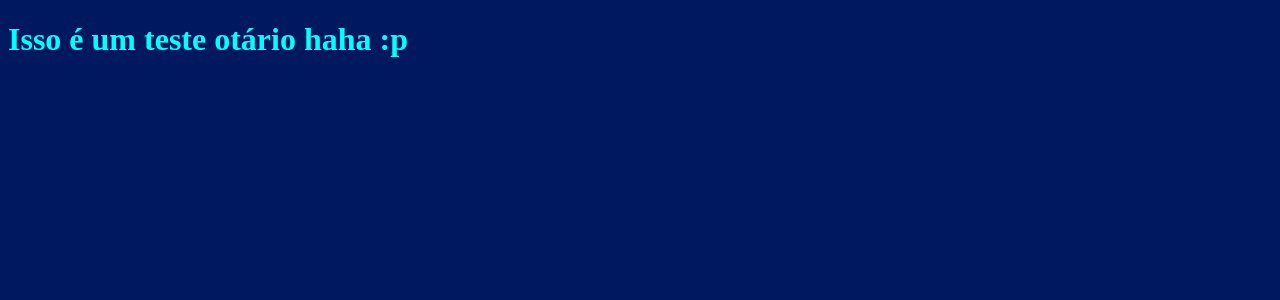
Repository: Leonngc/html-css
Page: ex024/pag002.html
The author's editor kept a copy of each file at every save. The page is drawn from the files as they stood at one save, then again after the next save.
The browser window is 1280 px wide. The pictures show the whole page.

Above is the page before, as saved 2022-11-15 18:38:34.

After the next save:
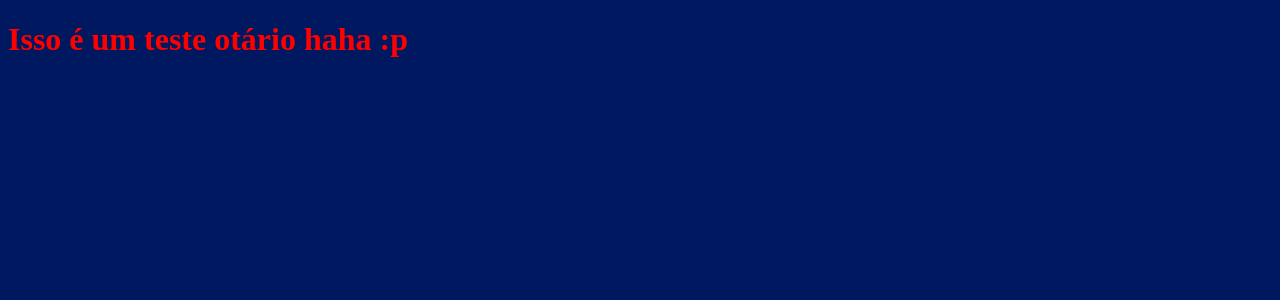
Saved 4 s later.
--- a/ex024/pag002.html
+++ b/ex024/pag002.html
@@ -8,7 +8,7 @@
     <style>
         body{
             background-color: rgb(0, 24, 96);
-            color: aqua;
+            color: rgb(255, 0, 0);
         }
     </style>
 </head>
